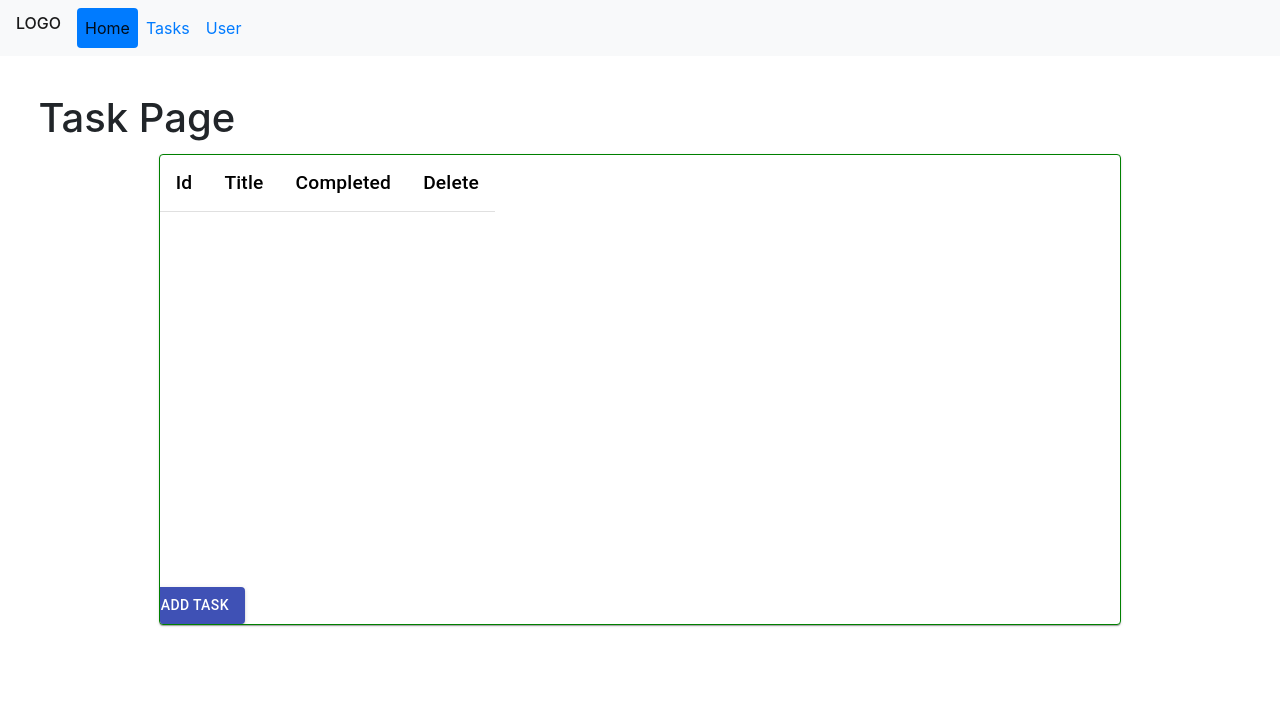
Repository: lalji-yadav/Nimapinfotech-demo-project
Page: /tasks
These files come from the project's save history. The page is drawn as it stood at one moment and after the next save; the edit follows.
The browser window is 1280 px wide. The pictures show the whole page.
The page's requests for data from a server got no answer. The project was rebuilt for these pictures with package versions that can differ from the ones it lists, and the page was loaded fresh each time. No one was signed in, and anything a server would have sent is missing. Also part of the build but not shown: src/components/Home.js, src/components/Users.js, src/components/Login.js.

Above is the page before, as saved 2021-01-17 18:56:09.

After the next save:
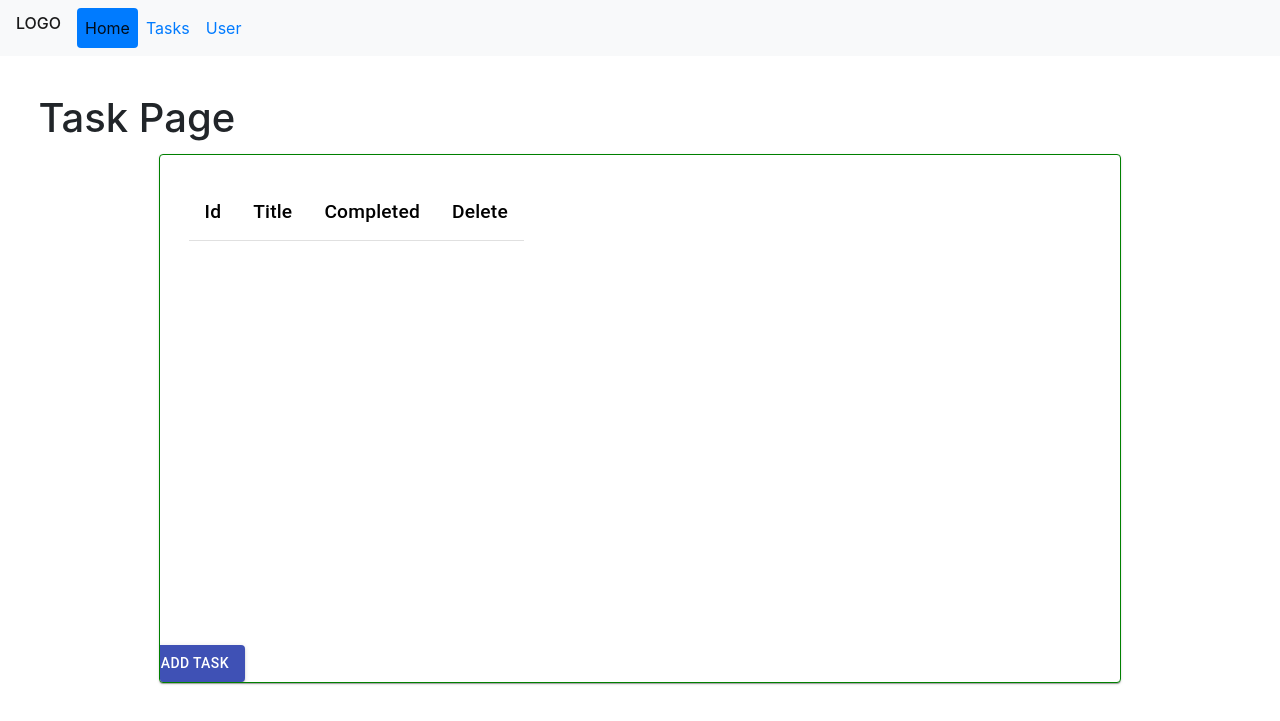
Saved 19 s later.
--- a/src/App.css
+++ b/src/App.css
@@ -1,6 +1,6 @@
 .scroll-tab {
     height: 60vh;
-    margin: 0%;
+    margin: 3%;
     overflow-y: scroll;
     border: "1px solid red";
 }
